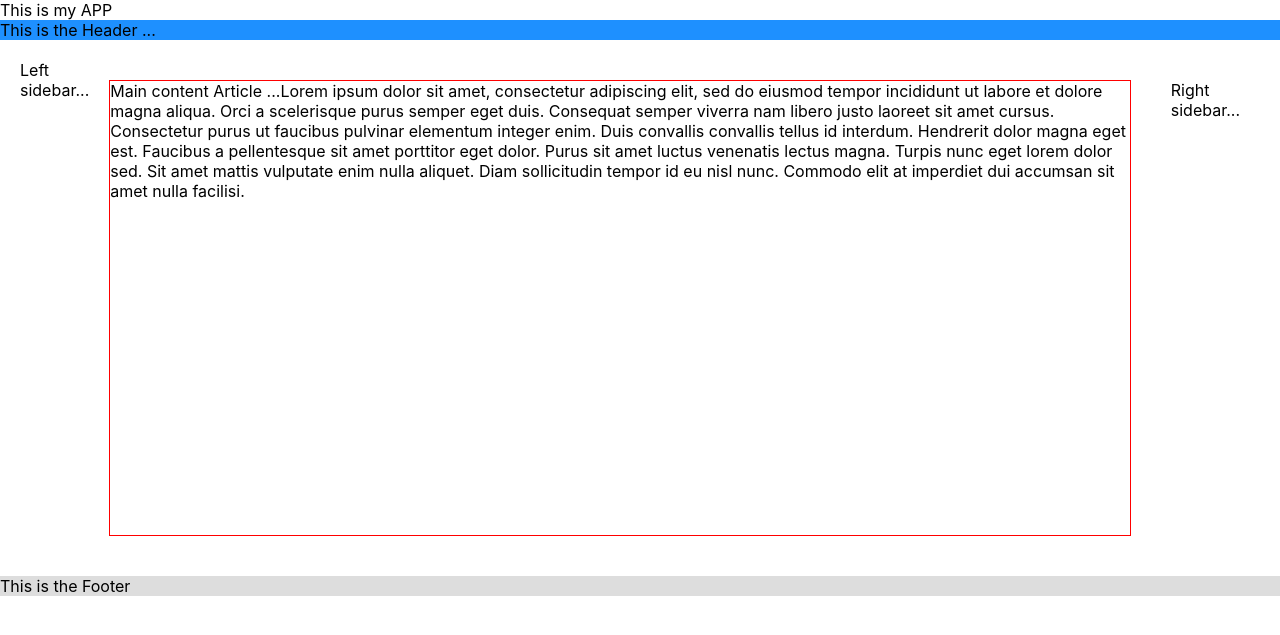
Repository: vnevescode/ui-components-react
Page: /
These files come from the project's save history. The page is drawn as it stood at one moment and after the next save; the edit follows.
The browser window is 1280 px wide. The pictures show the whole page.
The project was rebuilt for these pictures with package versions that can differ from the ones it lists, and the page was loaded fresh each time. Also part of the build but not shown: src/components/Cards/Cards.styles.css, src/components/Cards/Cards.jsx.

Above is the page before, as saved 2022-06-09 22:57:35.

### src/App.js
import React from 'react';
import Cards from './components/Cards/Cards';
import HolyGrailLayout from './components/HolyGrailLayout/HolyGrailLayout';

function App() {
  return (
    <div className="App">
      <div>This is my APP</div>
      <HolyGrailLayout/>
    </div>
  );
}

export default App;

### src/components/HolyGrailLayout/HolyGrailLayout.jsx
import React from 'react'
import './HolyGrailLayout.styles.css'

const HolyGrailLayout = () => {
  return (
    <>
        <div className="container">
            <header className='container__header'>
                {'This is the Header ... '}
            </header>
            <main className='container__main'>
                {/* Left sidebar */}
                <aside className='conteiner__left'>
                    {' Left sidebar...'}
                </aside>
                {/* Main content */}
                <article className='container__middle'>
                    {' Main content Article ...'}
                    {'Lorem ipsum dolor sit amet, consectetur adipiscing elit, sed do eiusmod tempor incididunt ut labore et dolore magna aliqua. Orci a scelerisque purus semper eget duis. Consequat semper viverra nam libero justo laoreet sit amet cursus. Consectetur purus ut faucibus pulvinar elementum integer enim. Duis convallis convallis tellus id interdum. Hendrerit dolor magna eget est. Faucibus a pellentesque sit amet porttitor eget dolor. Purus sit amet luctus venenatis lectus magna. Turpis nunc eget lorem dolor sed. Sit amet mattis vulputate enim nulla aliquet. Diam sollicitudin tempor id eu nisl nunc. Commodo elit at imperdiet dui accumsan sit amet nulla facilisi.'}
                </article>

                {/* Right sidebar */}
                <nav className='container__right'>
                    {' Right sidebar...'}
                </nav>
            </main>
            <footer className='container__footer'>
                {'This is the Footer'}
            </footer>
        </div>
    </>
  )
}

export default HolyGrailLayout

### src/components/HolyGrailLayout/HolyGrailLayout.styles.css
.container{
    display: flex;
    flex-direction: column;
    height: 80vh;
    }
    .container__header{
        background-color: dodgerblue;
    }
    .container__main{
        /* Take the remaining height */
        flex-grow: 1;
        margin: 20px;
        /*  Layout the left sidebar, main content and right sidebar */
        display: flex;
        flex-direction: row;
    }

    .container__left{
        width: 25%;
        margin: 20px;
    }
    .container__middle{
        /* Take the remaining width */
        flex-grow: 1;
        margin: 20px;
        border: 1px solid red;
    }

    .container__right{
        width: 20%;
        margin: 20px;
    }

    .container__footer{
        background-color: #ddd;
    }

Loaded but not shown: public/index.html (common file); src/index.js (common file); src/index.css (common file)

After the next save:
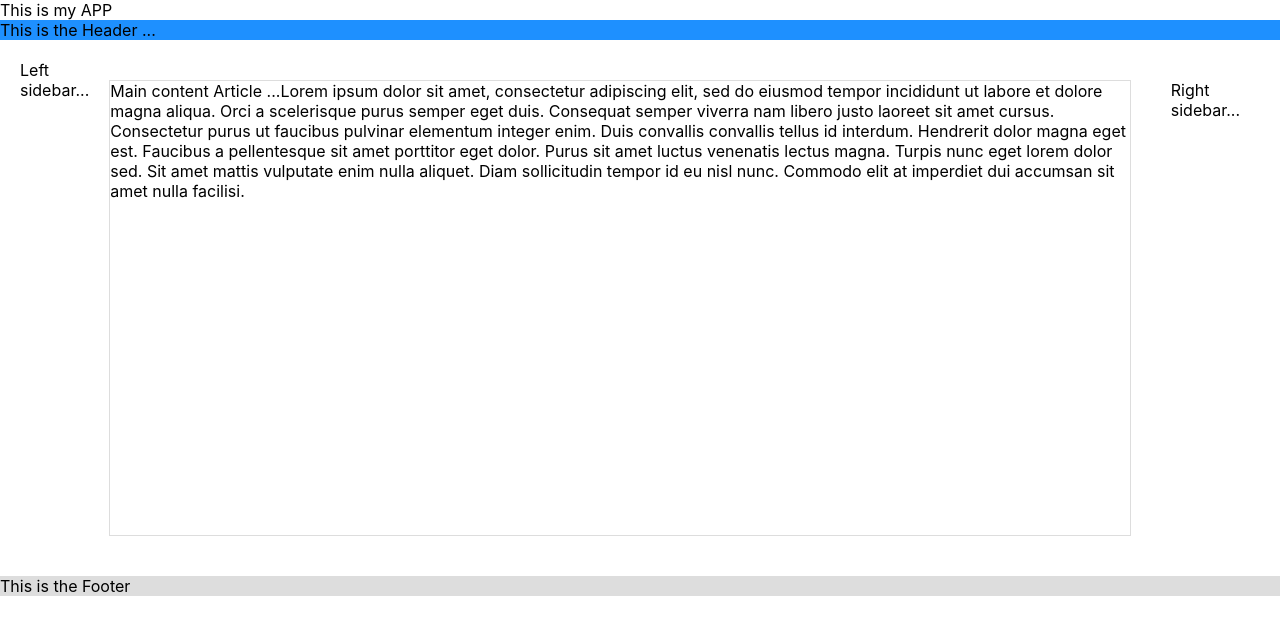
Saved 12 s later.
--- a/src/components/HolyGrailLayout/HolyGrailLayout.styles.css
+++ b/src/components/HolyGrailLayout/HolyGrailLayout.styles.css
@@ -23,7 +23,7 @@
         /* Take the remaining width */
         flex-grow: 1;
         margin: 20px;
-        border: 1px solid red;
+        border: 1px solid #ddd;
     }
 
     .container__right{
